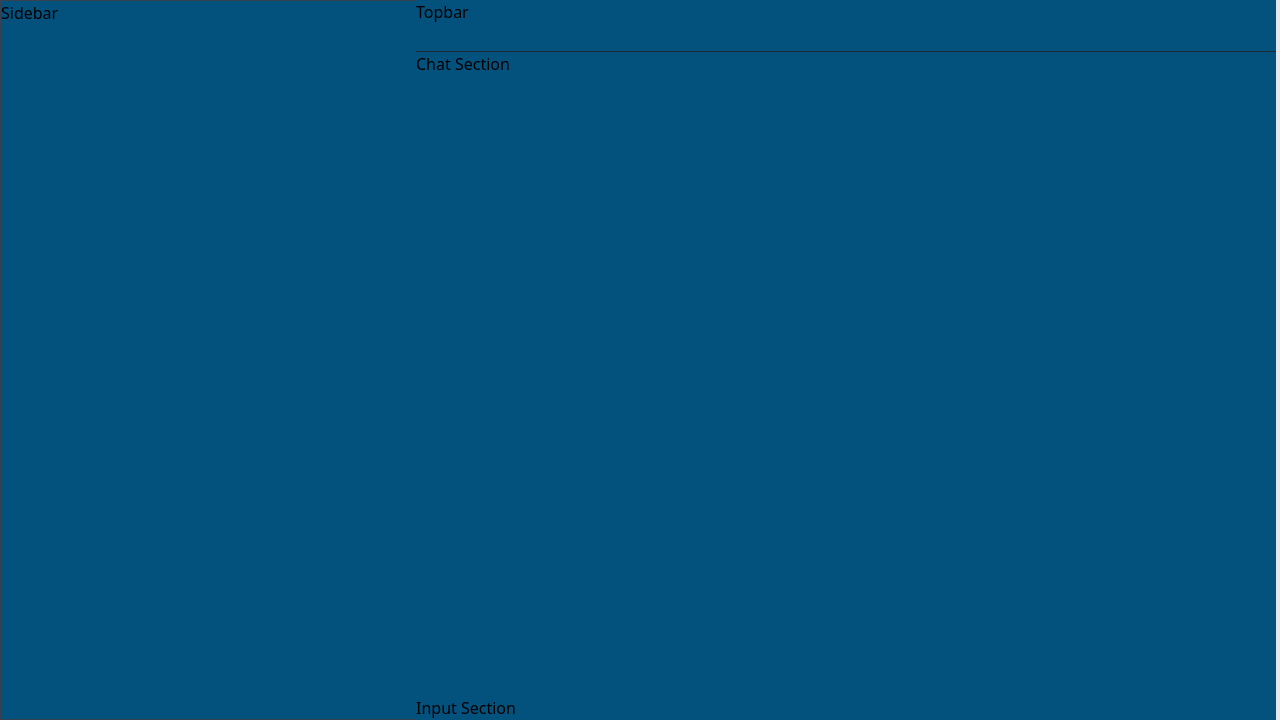
Repository: Qu4ntumGuy/telegram-clone
Page: /
The author's editor kept a copy of each file at every save. The page is drawn from the files as they stood at one save, then again after the next save.
The browser window is 1280 px wide. The pictures show the whole page.
The project was rebuilt for these pictures with package versions that can differ from the ones it lists, and the page was loaded fresh each time. Also part of the build but not shown: src/Utils/ContextProvider.js.

Above is the page before, as saved 2024-07-15 11:06:16.

After the next save:
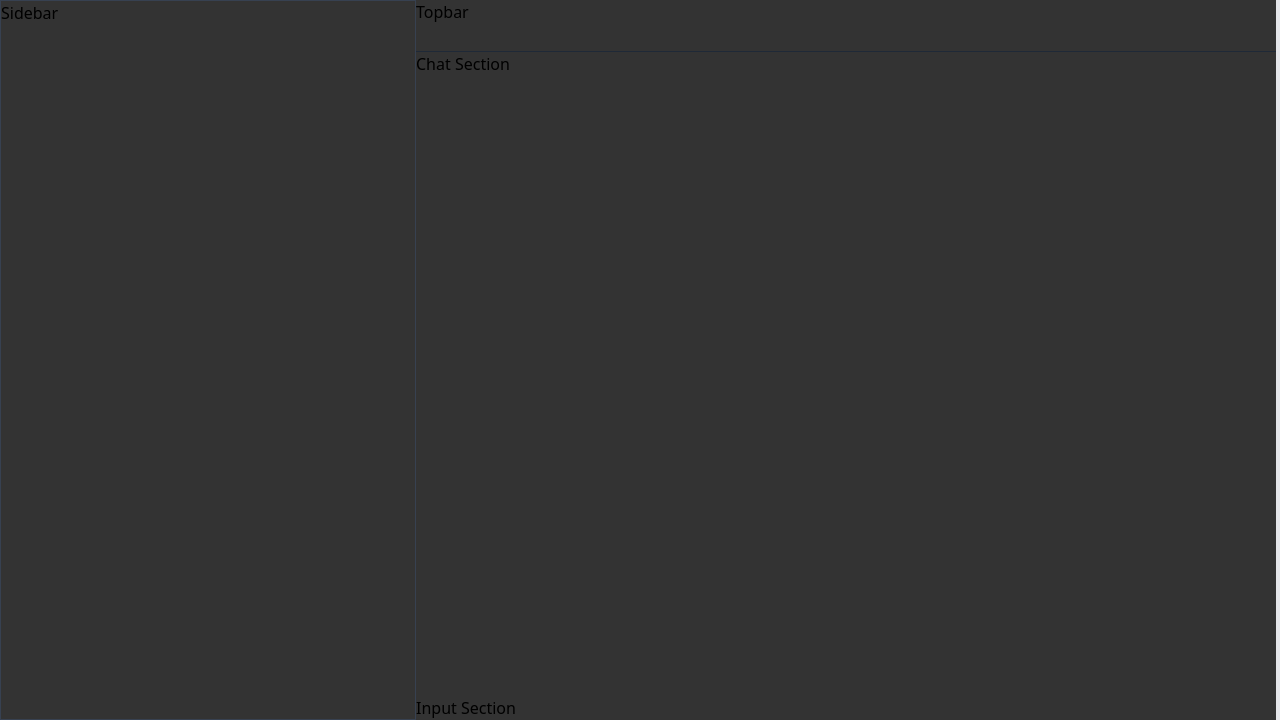
Saved 37 s later.
--- a/src/index.css
+++ b/src/index.css
@@ -3,5 +3,5 @@
 @tailwind utilities;
 
 :root {
-  @apply bg-[#03527E];
+  @apply bg-[#333333];
 }
